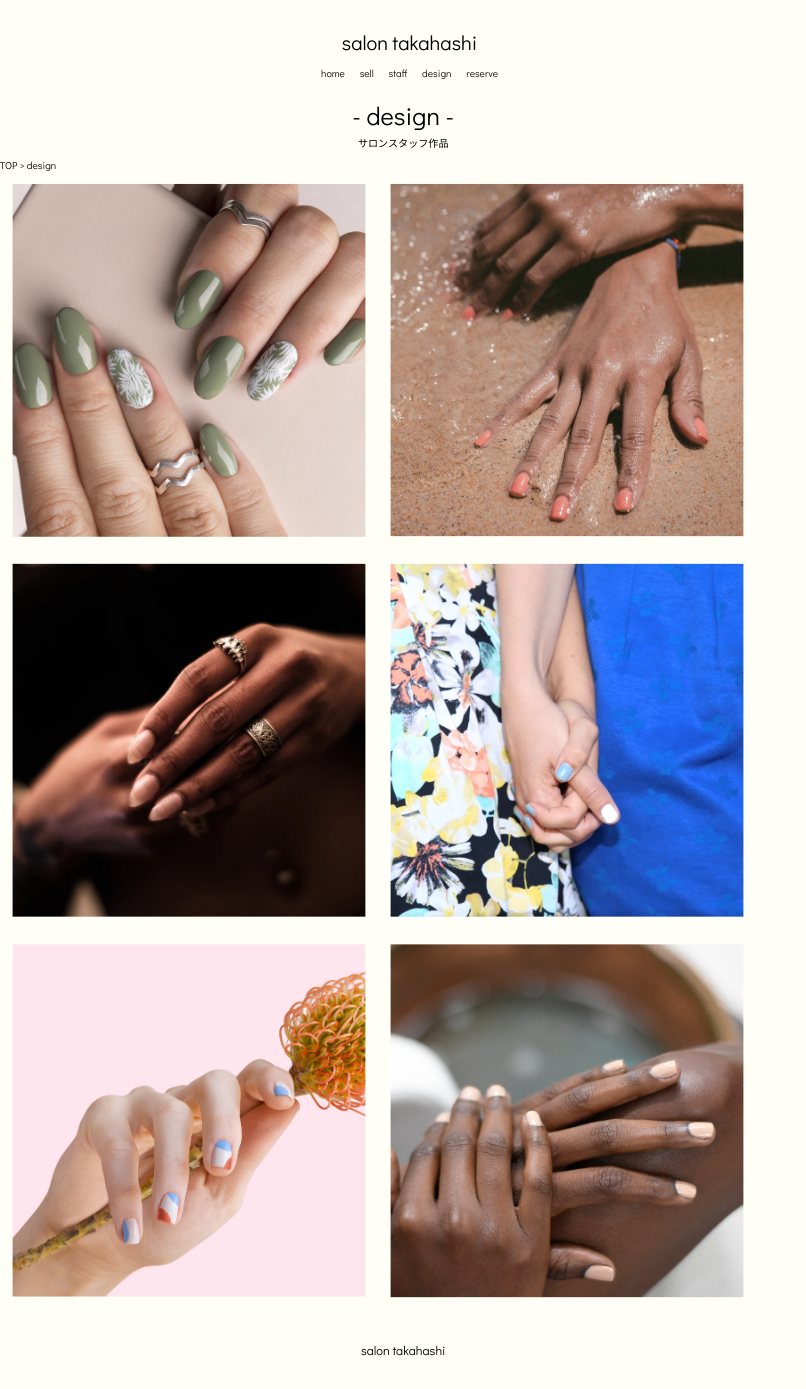
Repository: yukitakahashi1002/salontakahashi-
Page: design.html
These files come from the project's save history. The page is drawn as it stood at one moment and after the next save; the edit follows.
The browser window is 1280 px wide. The pictures show the whole page, at 63% of full size.

Above is the page before, as saved 2023-08-06 01:37:36.

### design.html
<!DOCTYPE html>
<html>
<head>
    <title>Salon Takahashi - design サロンスタッフ作品 -</title>
    <meta charset="utf-8">
    <meta name="description" content="サロンタカハシのサロンスタッフ作品です">
    <meta name="viewport" content="width=device-width, initial-scale=1.0">
    <link rel="stylesheet" href='https://fonts.googleapis.com/css?family=Didact Gothic'>
    <link rel="stylesheet" href="css/normalize.css">
    <link rel="stylesheet" href="css/style.css">
</head>
<body>
    <!-- ヘッダー -->
    <header>
        <!-- サイトタイトル -->
        <h1>salon takahashi</h1>

        <!-- PC用ナビゲーション -->
        <nav id="nav-pc">
            <a href="/">home</a>
            <a href="sell.html">sell</a>
            <a href="staff.html">staff</a>
            <a href="design.html">design</a>
            <a href="reserve.html">reserve</a>
        </nav>
    </header>
    <main>
        <article>
            <!-- design -->
            <section id="design">
                <div class="section-title">
                    <h2 class="index-h2">- design -</h2>
                    <p>サロンスタッフ作品</p>
                </div>
                <div>TOP > design</div>
                <div id="design-flex">
                    <div class="cover-box">
                        <div class="image-box">
                            <img src="images/11062b_9df65b2e64bf4c59a4779a8c5343cb09~mv2.jpeg" alt="ナチュラルデザイン">
                            <h3>ナチュラル</h3>
                        </div>
                        <div class="dark-cover"></div>
                    </div>
                    <div class="cover-box">
                        <div class="image-box">
                            <img src="images/11062b_0dade67ad0db4ad1a2b6c583999e92bd~mv2.jpg" alt="サマーネイルデザイン">
                            <h3>サマーネイル</h3>
                        </div>
                        <div class="dark-cover"></div>
                    </div>
                    <div class="cover-box">
                        <div class="image-box">
                            <img src="images/11062b_5383a004ba374841aa02b84e27fb6b95~mv2.webp" alt="クラシックデザイン">
                            <h3>クラシック</h3>
                        </div>
                        <div class="dark-cover"></div>
                    </div>
                    <div class="cover-box">
                        <div class="image-box">
                            <img src="images/2def25202e084cf0a39aa2a530291a8a.webp" alt="ポップデザイン">
                            <h3>ポップ</h3>
                        </div>
                        <div class="dark-cover"></div>
                    </div>
                    <div class="cover-box">
                        <div class="image-box">
                            <img src="images/1a7f9b8037f3460ab6f1dd794ecc264a.jpg" alt="カラフルデザイン">
                            <h3>カラフル</h3>
                        </div>
                        <div class="dark-cover"></div>
                    </div>
                    <div class="cover-box">
                        <div class="image-box">
                            <img src="images/11062b_bb28f763d86a4318a737d28d7846d319~mv2.jpg" alt="シンプルデザイン">
                            <h3>シンプル</h3>
                        </div>
                        <div class="dark-cover"></div>
                    </div>
                </div>
            </section>
        </article>
        <footer>
            <p>salon takahashi</p>
        </footer>
    </main>
</body>
</html>

### css/style.css
@charset "utf-8";

/*
* *********************************
*　ページ全体に関わるのCSS設定
* *********************************
*/
html *,
::before,
::after {
    box-sizing: border-box;
}

html {
    font-size: 14px;
}
@media (min-width: 768px)  {
    html {
        font-size: 16px;
    }
}

body {
    font-family: 'Didact Gothic', sans-serif;
    background-color: #FFFFF8;
}

/* 標準的なリンクのテキストの色 */
a {
    color: #f30;
}



/*=============
PC用のスタイル
==============*/
/* 横幅設定 */
body {
    max-width: 1800px;
    min-width: 960px;
    margin: 0 auto 0 auto;
}

/* ヘッダー */
header {
    text-align: center;
    margin-top: 50px;
}
header > h1 {
    margin-left: 20px;
    font-weight: normal;
}

/* ナビゲーションのレイアウト */
#nav-pc > a:link {
    text-decoration: none;
    margin-left: 20px;
    color: #0d0d0d;
}

#nav-pc > a:visited {
    color: #0d0d0d;
}

#nav-pc > a:hover {
    color: #0d0d0d;
    text-decoration: underline;
}

#nav-pc > a:active {
    color: #0d0d0d;
}

/* メインビジュアル */
#main-visual {
    text-align: center;
}

#main-message > h1 {
    font-size: 60px;
    margin: 100px auto 0 auto;
    font-weight: normal;
}
#main-message > p {
    font-size: 20px;
}

#main-visual > img {
    margin: 80px auto 0 auto;
}

/* 見出し */
.section-title {
    text-align: center;
}
.section-title > P {
    margin-top: -20px;
}


h2 {
    font-weight: normal;
    font-size: 40px;
}

h3 {
    font-size: 20px;
}

/* メニュー */
#menu {
    margin: 100px auto 80px auto;
    width: 100%;
}

#menu-flex {
    width: 100%;
    display: flex;
    justify-content: space-between;
}

#menu-flex > div {
    width: 50%;
    height: 600px;
    margin-top: 50px;
}

.menu-flex-left {
    display: flex;
    align-items: flex-start;
    position: relative;
    margin-right: 20px;
    margin-left: 20px;
}

.menu-flex-left > img {
    width: 100%;
}

.placebox-left {
    width: 30%;
    position: absolute;
    top: 25%;
    left: 50%;
    -ms-transform: translate(-50%, -50%);
    -webkit-transform: translate(-50%, -50%);
    transform: translate(-50%, -50%);
    margin: 0;
    padding: 0;
    background-color: #666666;
    opacity: 0.5;
    color: #FFFFFF;
    text-align: center;
    font-weight: bold;
}

/* 商品ページの商品コメント */
.sell-description-left {
    width: 80%;
    position: absolute;
    bottom: 0;
    left: 55%;
    -ms-transform: translate(-50%, -50%);
    -webkit-transform: translate(-50%, -50%);
    transform: translate(-50%, -50%);
    margin: 0;
    padding: 0;
    text-align: left;
}

/* スタッフページスタッフ名部分 */
.staff-flex {
    text-align: center;
    margin: 3rem 0 0 0;
}

.menu-flex-right {
    display: flex;
    align-items: flex-end;
    position: relative;
    margin-right: 20px;
    margin-left: 20px;
}


.menu-flex-right > img {
    width: 100%;
}

.placebox-right {
    width: 30%;
    position: absolute;
    bottom: 10%;
    right: 20%;
    -ms-transform: translate(-50%, -50%);
    -webkit-transform: translate(-50%, -50%);
    transform: translate(-50%, -50%);
    margin: 0;
    padding: 0;
    background-color: #666666;
    opacity: 0.5;
    color: #FFFFFF;
    text-align: center;
    font-weight: bold;
}

/* 商品ページの商品コメント */
.sell-description-right {
    width: 80%;
    position: absolute;
    top: 5%;
    right: 23%;
    -ms-transform: translate(0, -50%);
    -webkit-transform: translate(0, -50%);
    transform: translate(0, -50%);
    margin: 0;
    padding: 0;
    text-align: left;
}

/* デザイン */
#design-flex {
    display: flex;
    flex-wrap: wrap;
}

/* デザイン画像 */
.cover-box {
    position: relative;
    transition: transform 0.3s ease;
}

.image-box > img {
    width: 600px;
    height: auto;
    padding: 20px;
}

.image-box > h3 {
    display: none;
}

.image-box > h3:hover {
    display: block;
    color: #FFFFFF;
    position: absolute;
    top: 20px;
    left: 40px;
}

/* デザイン画像のホバー時 */
.dark-cover {
    position: absolute;
    top: 0;
    left: 0;
    right: 0;
    bottom: 0;
    z-index: 1;
    opacity: .3;
    transition:  background-color 0.3s ease;
    margin: 20px;
}
.dark-cover:hover {
    background-color: black;
}

.menu-foot {
    text-align: left;
    width: 60%;
    margin: 0 0 0 30%;
}

.menu-foot p {
    margin: 5px 0 5px 0;
    font-size: 16px;
}

/* インフォメーション */
#information {
    margin: 100px auto 80px auto;
    width: 100%;
}

/* 表部分 */
/* height: 330px;効かない */
table {
    border-collapse:collapse;
    border-spacing: 0;
    height: 330px;
}

/* .information-table > td だと効かない */
.infomertion-left {
    width: 50%;
    height: 200px;
    background-color: #F2F2F2;
    text-align: center;
    vertical-align: center;
    line-height: 40px;
}

.infomertion-right {
    width: 50%;
    /* height: 200px; */
}

strong {
    font-size: 30px;
}

footer {
    margin: 50px auto;
    text-align: center;
}

footer p {
    font-size: 20px;
}

Loaded but not shown: css/normalize.css (library)

After the next save:
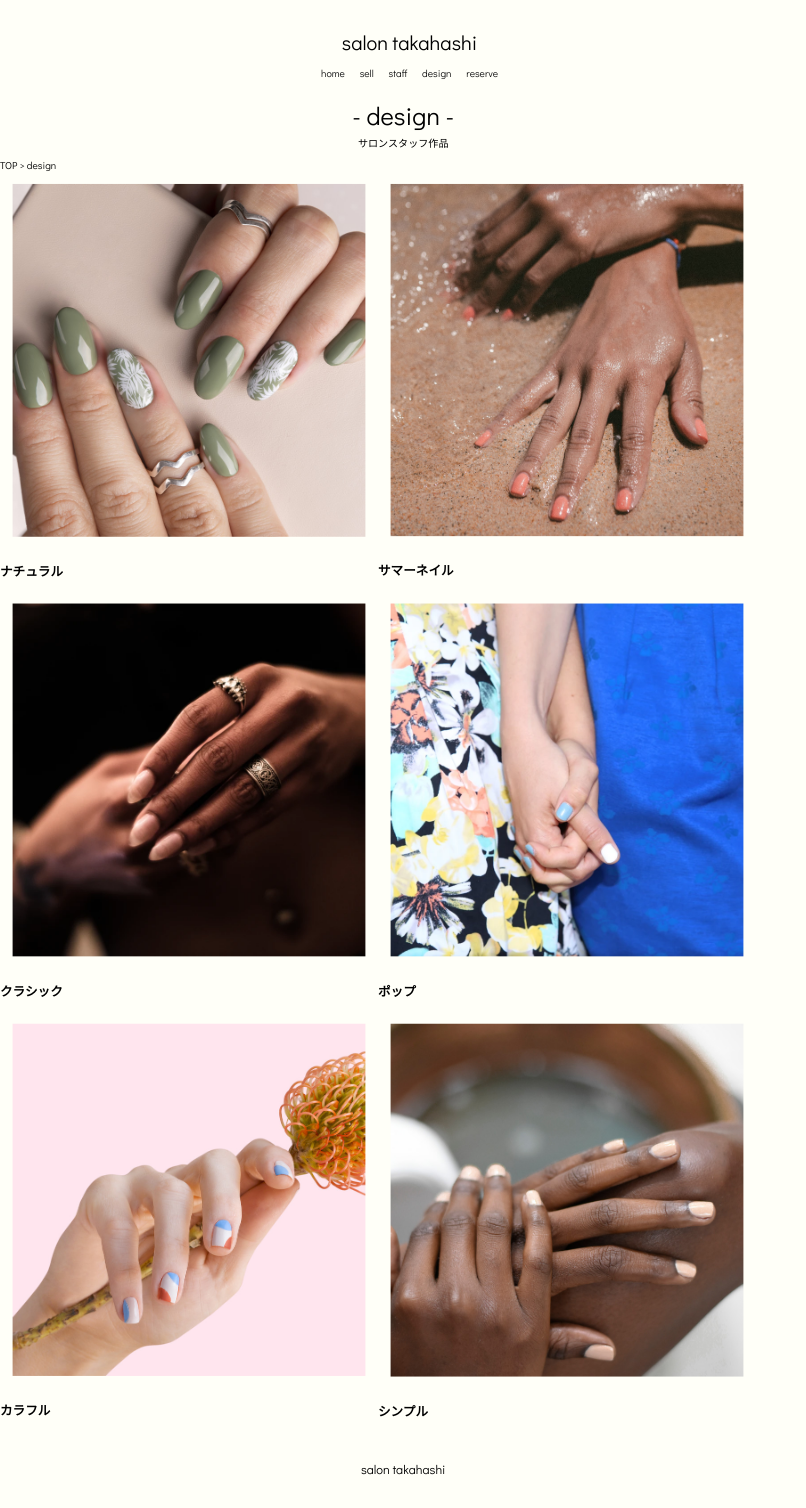
Saved 5 min 55 s later.
--- a/css/style.css
+++ b/css/style.css
@@ -238,11 +238,10 @@ h3 {
 }
 
 .image-box > h3 {
-    display: none;
+    opacity; 0;
 }
 
 .image-box > h3:hover {
-    display: block;
     color: #FFFFFF;
     position: absolute;
     top: 20px;
